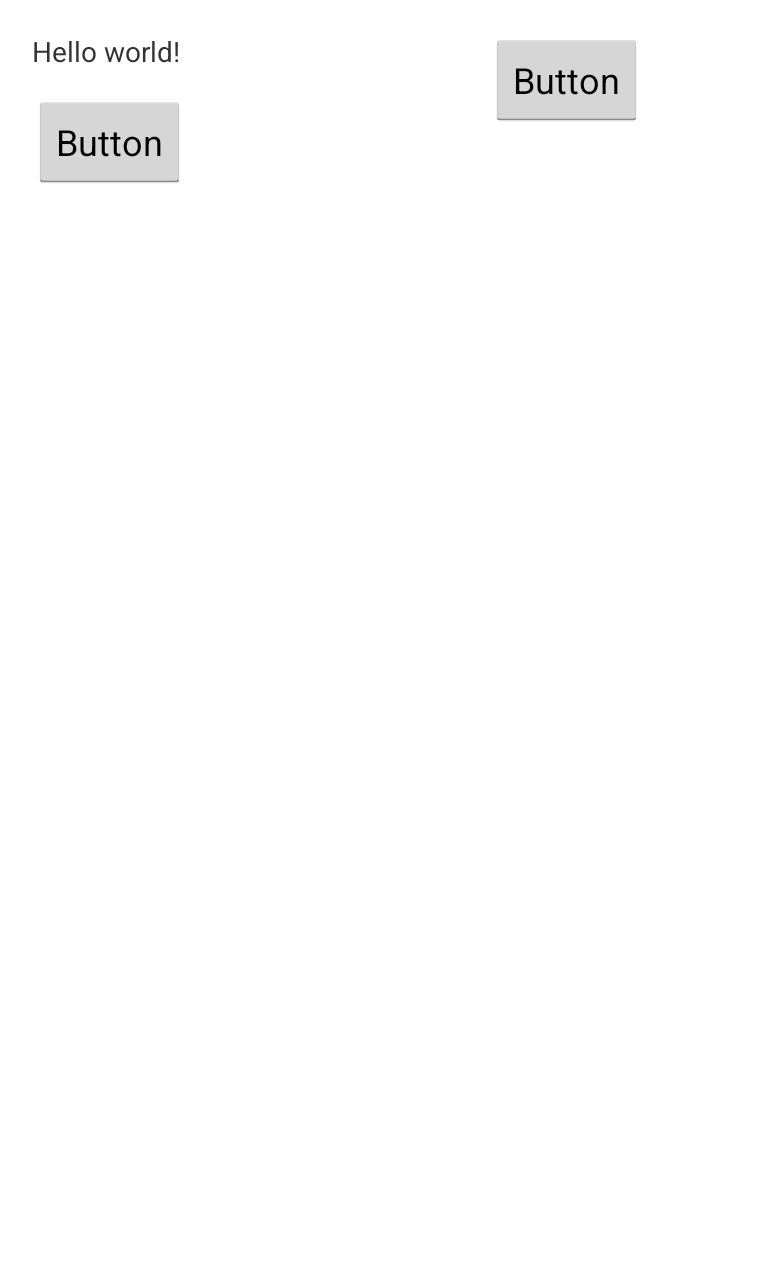
Repository: sparrow1058/nfc
Layout: nfc/res/layout/activity_main.xml
These files come from the project's save history. The layout is drawn as it stood at one moment and after the next save; the edit follows.
It is drawn on a 768 x 1280 px phone screen (xhdpi) without system bars, with theme AppTheme; the app's code is not run.

Above is the layout before, as saved 2018-06-15 06:51:46.

After the next save:
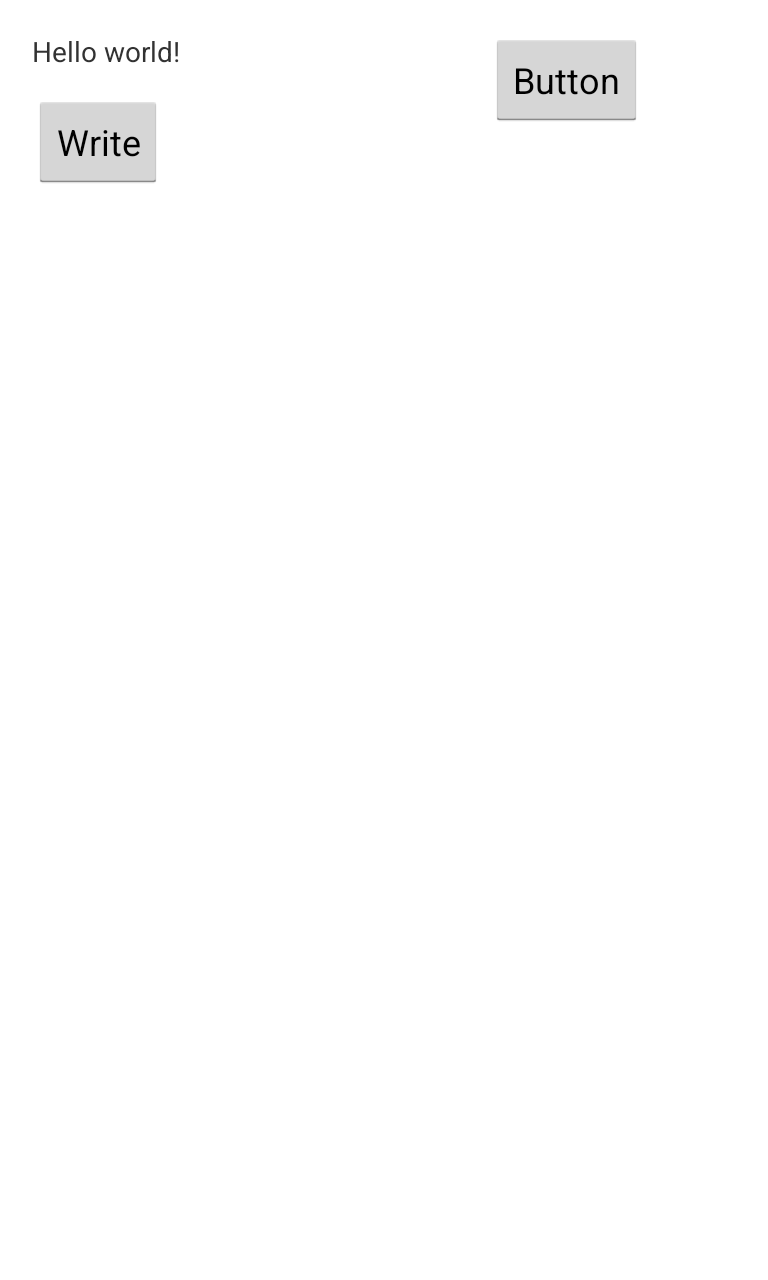
Saved 45 s later.
--- a/nfc/res/layout/activity_main.xml
+++ b/nfc/res/layout/activity_main.xml
@@ -30,6 +30,6 @@
         android:layout_alignLeft="@+id/button1"
         android:layout_below="@+id/button1"
         android:layout_marginTop="31dp"
-        android:text="Button" />
+        android:text="Write" />
 
 </RelativeLayout>
